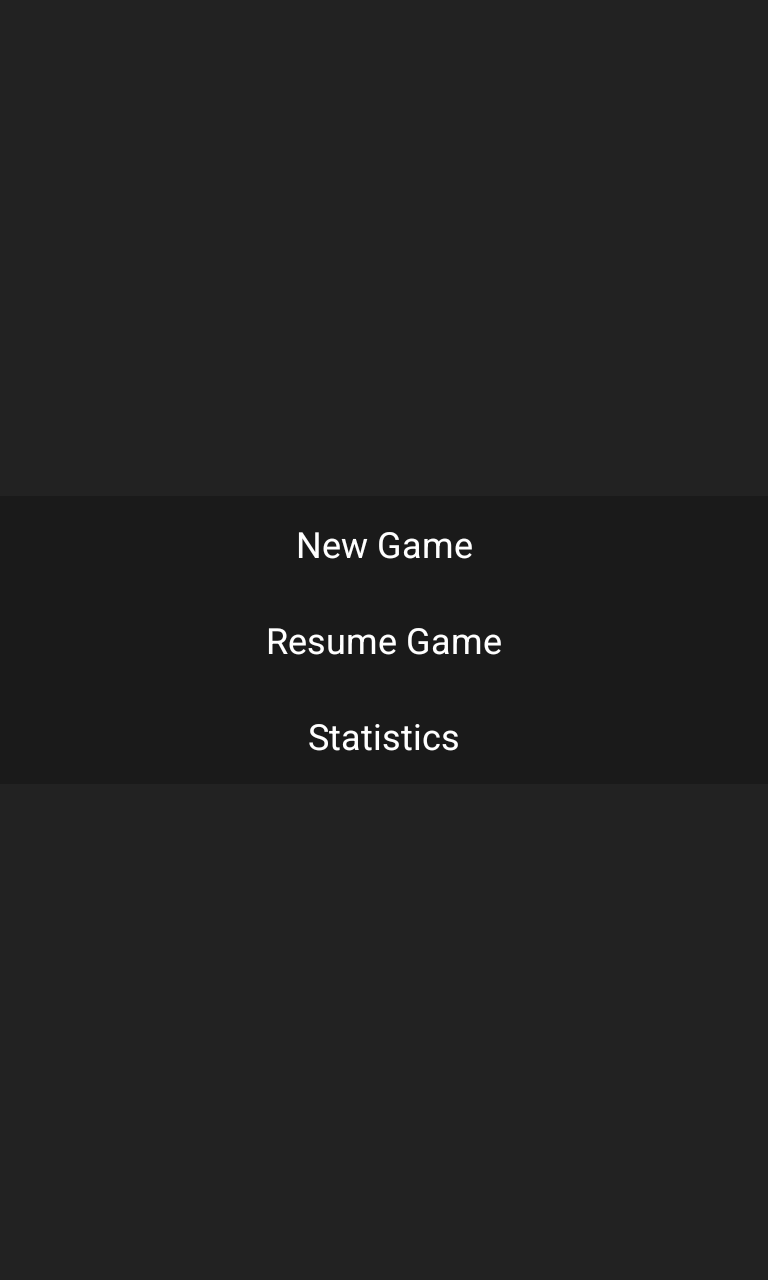
Repository: andyhurd/SuperMunchkin
Layout: SuperMunchkin/res/layout/activity_main_menu.xml
The author's editor kept a copy of each file at every save. The layout is drawn from the files as they stood at one save, then again after the next save.
It is drawn on a 768 x 1280 px phone screen (xhdpi) without system bars, with theme AppTheme; the app's code is not run.

Above is the layout before, as saved 2012-11-02 01:17:10.

After the next save:
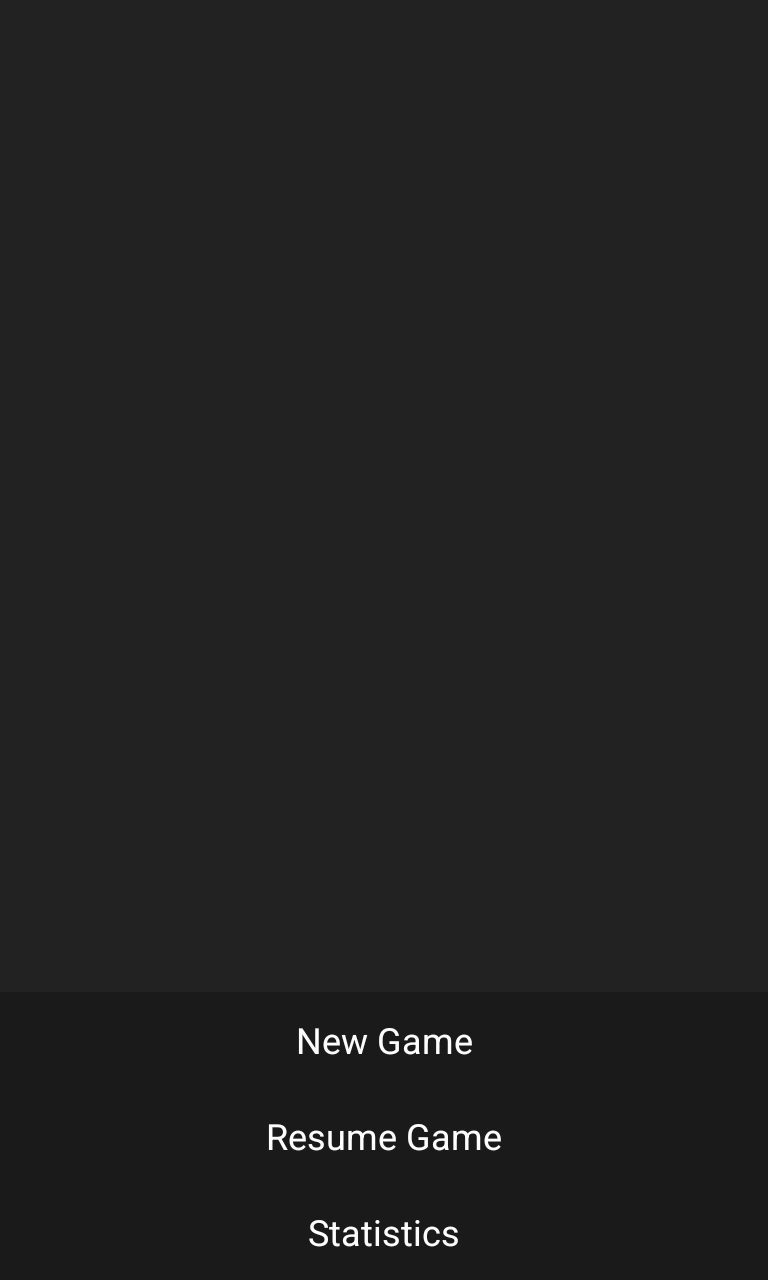
Saved 10 s later.
--- a/SuperMunchkin/res/layout/activity_main_menu.xml
+++ b/SuperMunchkin/res/layout/activity_main_menu.xml
@@ -3,7 +3,7 @@
         android:layout_width="fill_parent"
         android:layout_height="fill_parent"
         android:orientation="vertical"
-        android:gravity="center"
+        android:gravity="bottom"
         android:background="@color/charcoal" >
 
 	    <LinearLayout
